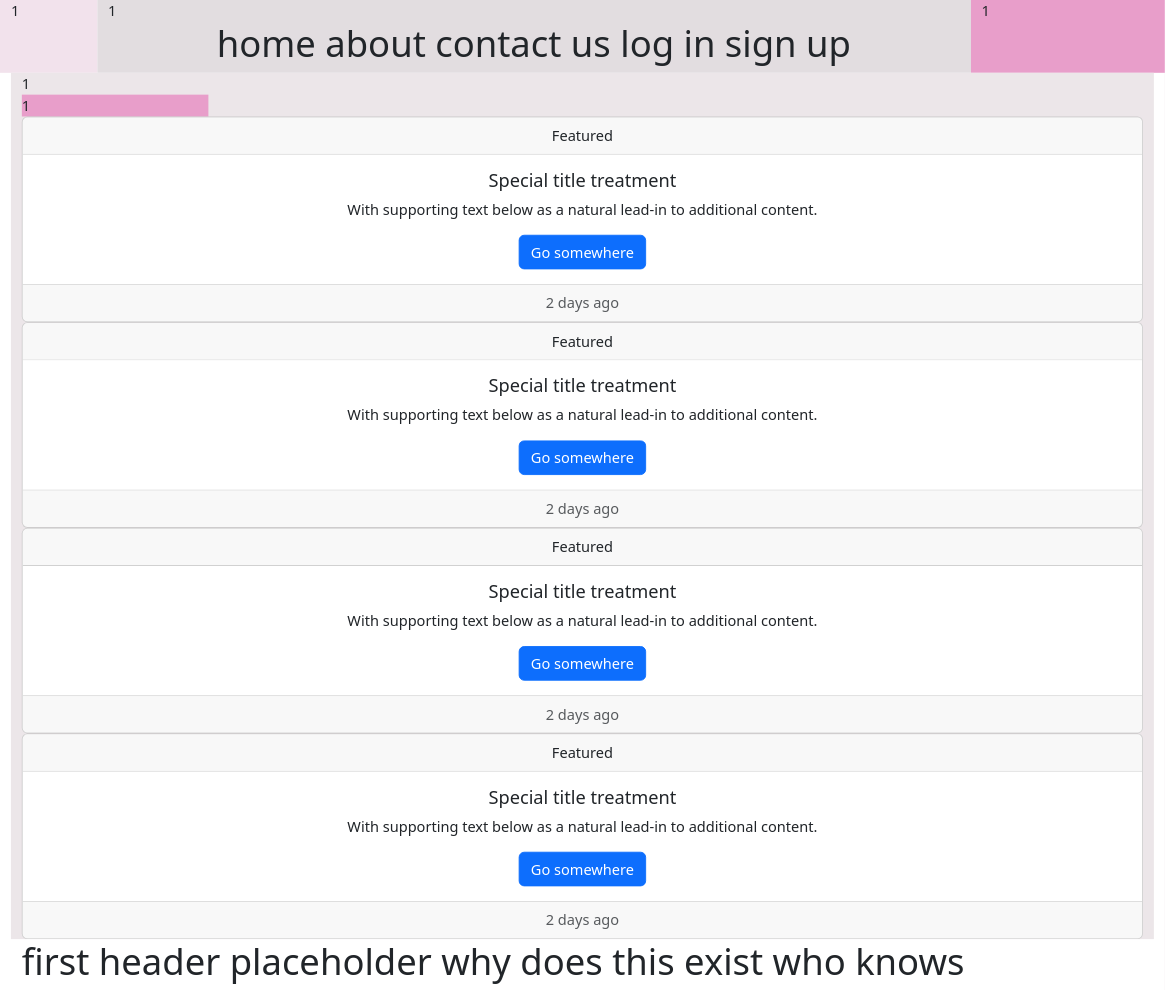
Repository: Treestr/classroom-assistant
Page: templates/homepage.html
An editor plug-in stored every save of this project. The page is shown before and after a run of saves, followed by the edit.
The browser window is 1280 px wide. The pictures show the whole page, at 91% of full size.
The template is drawn by Flask 3. The application's start-up code is not run. Other server files are loaded and not shown. The template is opened directly, without the code that normally fills it, so the values that code supplies are empty.

Above is the page before, as saved 2024-04-21 20:15:21.

### templates/homepage.html
<!DOCTYPE html>
<html lang="en">
  <head>
    <meta charset="utf-8" />
    <meta name="viewport" content="width=device-width, initial-scale=1" />
    <title>Bootstrap demo</title>
    <link
      href="https://cdn.jsdelivr.net/npm/bootstrap@5.3.3/dist/css/bootstrap.min.css"
      rel="stylesheet"
      integrity="sha384-QWTKZyjpPEjISv5WaRU9OFeRpok6YctnYmDr5pNlyT2bRjXh0JMhjY6hW+ALEwIH"
      crossorigin="anonymous"
    />
  </head>
  <body>
    <div class="container-fluid">
      <div class="row">
        <div class="col-1" style="background-color: rgb(242, 226, 236)">1</div>
          <div class="col-9" style="background-color: rgb(226, 221, 224)">1
          <h1><center>home about contact us log in sign up </center></h1>
        </div>


           <div class="col-2" style="background-color: rgb(232, 158, 202)">1</div>
      </div>

      <div class="container-fluid">
    <div class="row">
        <div class="col-12" style="background-color: rgb(236, 230, 233)">1
            <div class="col-2" style="background-color: rgb(232, 158, 202)">1</div>





<div class="card text-center">
  <div class="card-header">
    Featured
  </div>
  <div class="card-body">
    <h5 class="card-title">Special title treatment</h5>
    <p class="card-text">With supporting text below as a natural lead-in to additional content.</p>
    <a href="#" class="btn btn-primary">Go somewhere</a>
  </div>
  <div class="card-footer text-body-secondary">
    2 days ago
  </div>
</div>

<div class="card text-center">
  <div class="card-header">
    Featured
  </div>
  <div class="card-body">
    <h5 class="card-title">Special title treatment</h5>
    <p class="card-text">With supporting text below as a natural lead-in to additional content.</p>
    <a href="#" class="btn btn-primary">Go somewhere</a>
  </div>
  <div class="card-footer text-body-secondary">
    2 days ago
  </div>
</div>

<div class="card text-center">
  <div class="card-header">
    Featured
  </div>
  <div class="card-body">
    <h5 class="card-title">Special title treatment</h5>
    <p class="card-text">With supporting text below as a natural lead-in to additional content.</p>
    <a href="#" class="btn btn-primary">Go somewhere</a>
  </div>
  <div class="card-footer text-body-secondary">
    2 days ago
  </div>
</div>
<div class="card text-center">
  <div class="card-header">
    Featured
  </div>
  <div class="card-body">
    <h5 class="card-title">Special title treatment</h5>
    <p class="card-text">With supporting text below as a natural lead-in to additional content.</p>
    <a href="#" class="btn btn-primary">Go somewhere</a>
  </div>
  <div class="card-footer text-body-secondary">
    2 days ago
  </div>
</div>





        </div>

    </div>
    <h1>first header placeholder why does this exist who knows</h1>
    <script
      src="https://cdn.jsdelivr.net/npm/bootstrap@5.3.3/dist/js/bootstrap.bundle.min.js"
      integrity="sha384-YvpcrYf0tY3lHB60NNkmXc5s9fDVZLESaAA55NDzOxhy9GkcIdslK1eN7N6jIeHz"
      crossorigin="anonymous"
    ></script>
    <script
      src="https://cdn.jsdelivr.net/npm/@popperjs/core@2.11.8/dist/umd/popper.min.js"
      integrity="sha384-I7E8VVD/ismYTF4hNIPjVp/Zjvgyol6VFvRkX/vR+Vc4jQkC+hVqc2pM8ODewa9r"
      crossorigin="anonymous"
    ></script>
    <script
      src="https://cdn.jsdelivr.net/npm/bootstrap@5.3.3/dist/js/bootstrap.min.js"
      integrity="sha384-0pUGZvbkm6XF6gxjEnlmuGrJXVbNuzT9qBBavbLwCsOGabYfZo0T0to5eqruptLy"
      crossorigin="anonymous"
    ></script>
  </body>
</html>

After the next 3 saves:
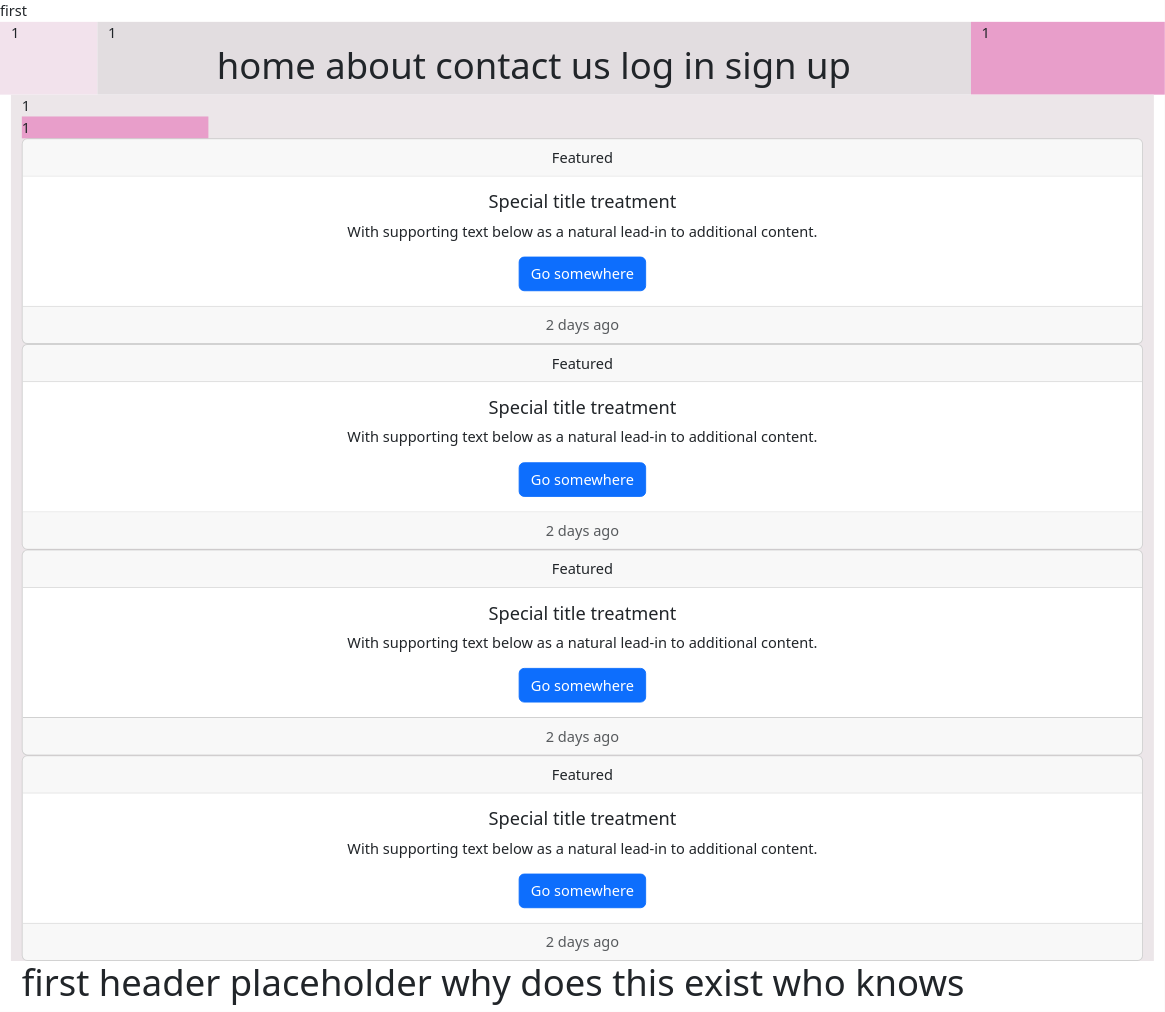
The 3 saves are shown as one change because they came seconds apart.
The last was saved 109 min 14 s later.
--- a/templates/homepage.html
+++ b/templates/homepage.html
@@ -12,6 +12,7 @@
     />
   </head>
   <body>
+    first
     <div class="container-fluid">
       <div class="row">
         <div class="col-1" style="background-color: rgb(242, 226, 236)">1</div>

After the save that followed:
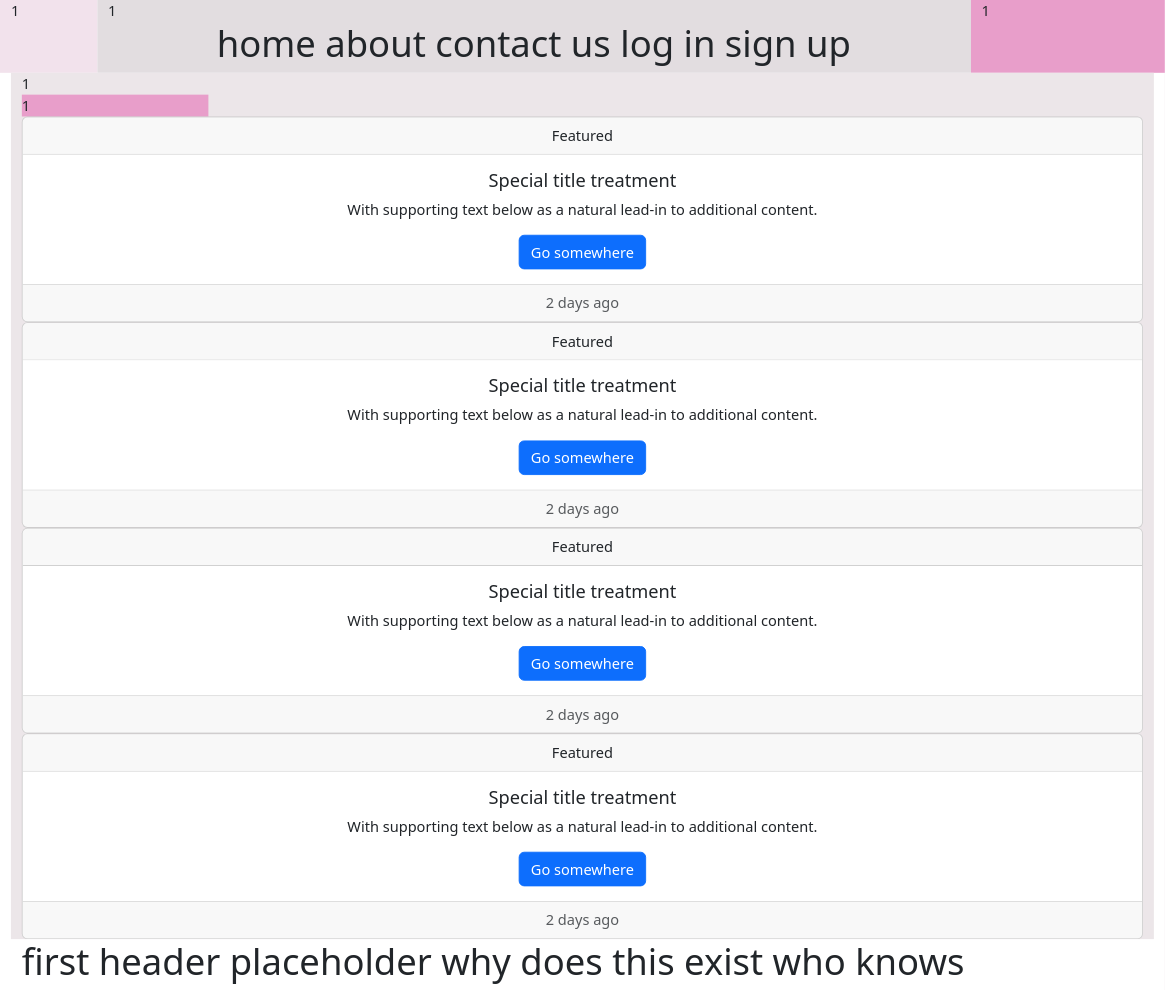
Saved 4 s later.
--- a/templates/homepage.html
+++ b/templates/homepage.html
@@ -12,7 +12,6 @@
     />
   </head>
   <body>
-    first
     <div class="container-fluid">
       <div class="row">
         <div class="col-1" style="background-color: rgb(242, 226, 236)">1</div>
